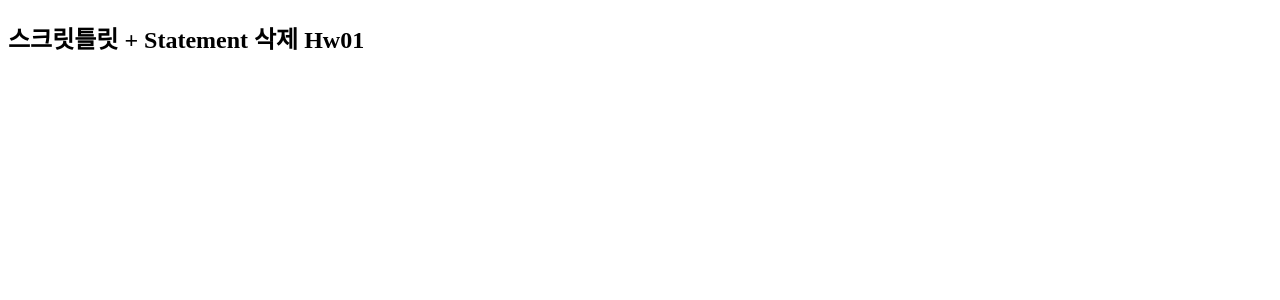
Repository: SongHyeSun/JSP
Page: http://localhost/och10/oracle/oraDelete.jsp
The author's editor kept a copy of each file at every save. The page is drawn from the files as they stood at one save, then again after the next save.
The browser window is 1280 px wide. The pictures show the whole page.
The page is served by Tomcat 9. Nobody is signed in. The application's start-up code is not run. Queries for data that is not in the repository find no rows.

Above is the page before, as saved 2024-07-17 08:25:16.

After the next save:
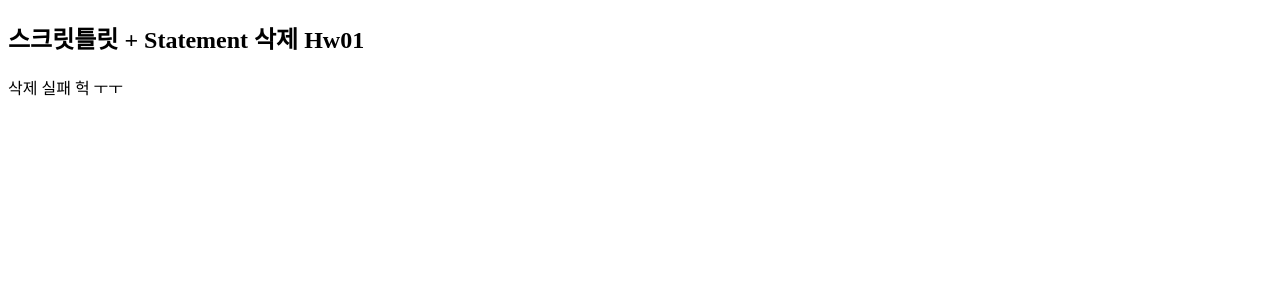
Saved 4 min 8 s later.
--- a/jspSrc17/och10/src/main/webapp/oracle/oraDelete.jsp
+++ b/jspSrc17/och10/src/main/webapp/oracle/oraDelete.jsp
@@ -1,4 +1,3 @@
-<%@page import="java.sql.ResultSet"%>
 <%@page import="java.sql.Statement"%>
 <%@page import="java.sql.DriverManager"%>
 <%@page import="java.sql.Connection"%>
@@ -20,8 +19,14 @@
 	Class.forName(driver);
 	Connection conn = DriverManager.getConnection(url, "scott", "tiger");
 	Statement stmt = conn.createStatement();
-	ResultSet rs = stmt.executeQuery(sql);
 	System.out.println("sql->"+sql);
+
+	int result = stmt.executeUpdate(sql);
+	if (result > 0) out.println("삭제 성공");
+	else			out.println("삭제 실패 헉 ㅜㅜ");
+
+	stmt.close();
+	conn.close();
 
 
 %>
